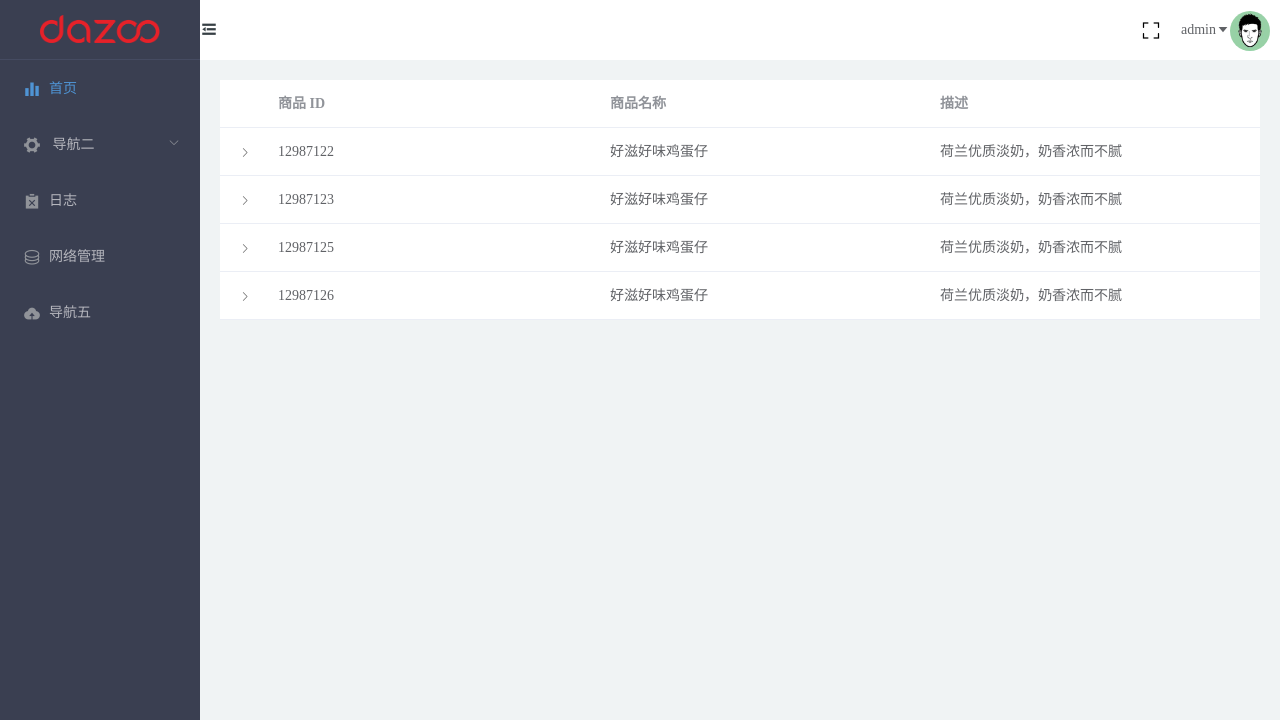
Repository: TomGodb/dazoo-admin
Page: /#/Home
An editor plug-in stored every save of this project. The page is shown before and after the next save, followed by the edit.
The browser window is 1280 px wide. The pictures show the whole page.
The project was rebuilt for these pictures with package versions that can differ from the ones it lists, and the page was loaded fresh each time. Also part of the build but not shown: vue.config.js, src/components/SlideVerify/index.vue, src/utils/request.js, src/views/login/http.js, src/views/login/index.vue.

Above is the page before, as saved 2021-01-23 11:22:51.

### public/index.html
<!DOCTYPE html>
<html lang="">
  <head>
    <meta charset="utf-8">
    <meta http-equiv="X-UA-Compatible" content="IE=edge">
    <meta name="viewport" content="width=device-width,initial-scale=1.0">
    <link rel="icon" href="<%= BASE_URL %>favicon.ico">
    <title>运维管理后台</title>
  </head>
  <body>
    <noscript>
      <strong>We're sorry but <%= htmlWebpackPlugin.options.title %> doesn't work properly without JavaScript enabled. Please enable it to continue.</strong>
    </noscript>
    <div id="app"></div>
    <!-- built files will be auto injected -->
  </body>
</html>

### src/main.js
import Vue from "vue";
import App from "./App.vue";
import router from "./router";
import store from "./store";
import ElementUI from 'element-ui';
import 'element-ui/lib/theme-chalk/index.css';
Vue.config.productionTip = false;
Vue.use(ElementUI);
new Vue({
  router,
  store,
  render: h => h(App)
}).$mount("#app");

### src/App.vue
<template>
  <div id="app">
    <!-- <div id="nav">
      <router-link to="/">Home</router-link> |
      <router-link to="/about">About</router-link>
    </div> -->
    <router-view />
  </div>
</template>

<style lang="less">
* {
  padding: 0;
  margin: 0;
}
body,
html {
  height: 100%;
}
#app {
  font-family: "\5FAE\8F6F\96C5\9ED1";
  height: 100%;
}

// #nav {
//   padding: 30px;
//   a {
//     font-weight: bold;
//     color: #2c3e50;
//     &.router-link-exact-active {
//       color: #42b983;
//     }
//   }
// }
</style>

### src/router/index.js
import Vue from "vue";
import VueRouter from "vue-router";

import login from "@v/login/index.vue";
import Home from "@/Home/index.vue";
Vue.use(VueRouter);
import module from './modole'

export const currencyRoutes = [{
    path: "/",
    name: "login",
    component: login,
  },
  {
    path: "/Home",
    name: "Home",
    component: Home,
    redirect: "/dashbord",
    children: module,

  },
];
const router = new VueRouter({
  mode: "hash",
  base: process.env.BASE_URL,
  routes: currencyRoutes
});

export default router;

### src/store/index.js
import Vue from "vue";
import Vuex from "vuex";
import getters from "./getters"

Vue.use(Vuex);
export default new Vuex.Store({
  state: {
    opened: false
  },
  mutations: {
    SET_OPENED(state) {
      state.opened = !state.opened;
    },
  },
  actions: {},
  modules: {},
  getters
});

### src/Home/index.vue
<template>
  <div class="home-container">
    <el-container>
      <el-header> <m-header></m-header></el-header>
      <el-container>
        <el-aside :width="opened ? '64px' : '200px'">
          <el-menu
            :default-active="activeMenu"
            class="el-menu-vertical-demo"
            background-color="#3a3f51"
            text-color="#b5b6bd"
            active-text-color="rgb(79, 148, 212)"
            mode="vertical"
            :collapse-transition="false"
            router
            :collapse="opened"
          >
            <NavMenu :navMenus="menuData"></NavMenu>
          </el-menu>
        </el-aside>
        <el-main>
          <transition name="fade-page" mode="out-in">
            <router-view></router-view> </transition
        ></el-main>
      </el-container>
    </el-container>
    <!-- <el-container>
      <el-aside :width="opened ? '64px' : '200px'">
        <el-menu
          :default-active="activeMenu"
          class="el-menu-vertical-demo"
          background-color="#3a3f51"
          text-color="#b5b6bd"
          active-text-color="rgb(79, 148, 212)"
          mode="vertical"
          :collapse-transition="false"
          router
          :collapse="opened"
        >
          <NavMenu :navMenus="menuData"></NavMenu>
        </el-menu>
      </el-aside>
      <el-container>
        <el-header>
          <m-header></m-header>

        </el-header>
        <el-main>
          <transition name="fade-page" mode="out-in">
            <router-view></router-view>
          </transition>
        </el-main>
      </el-container>
    </el-container> -->
  </div>
</template>

<script>
import NavMenu from "./NavMenu";
import { mapGetters } from "vuex";
import MHeader from "./Header";
import { menuData } from "./NavMenu/meunDataRouter";
export default {
  components: {
    NavMenu,
    MHeader,
  },
  data() {
    return {
      menuData,
    };
  },
  computed: {
    activeMenu() {
      return this.$route.path;
    },
    ...mapGetters(["opened"]),
  },
};
</script>

<style lang="less" scoped>
.home-container {
  height: 100%;
  .el-aside {
    transition: width 0.3s;
    overflow: hidden;
    background-color: rgb(58, 63, 81);
  }
  .el-menu {
    border-right: 0px !important;
  }
  .fade-page-enter-active,
  .fade-page-leave-active {
    transition: all 0.5s;
  }
  .fade-page-enter {
    opacity: 0;
    transform: translateX(-30px);
  }
  .fade-page-leave-to {
    opacity: 0;
    transform: translateX(-30px);
  }
}
.el-container {
  // height:calc(100% - 60px);
  height: 100%;
}
.el-main {
  background-color: #f0f3f4;
}
</style>
<style>
.el-menu--collapse .el-submenu__title span {
  display: none;
}
/*隐藏 > */
.el-menu--collapse .el-submenu__title .el-submenu__icon-arrow {
  display: none;
}
.el-header{
  padding: 0px  !important;
}
</style>

### src/router/modole/index.js
import aaa from './aaa'
let routesArray = []

let toArray = (pages) => {
  Object.keys(pages).forEach((key) => {
    let obj = pages[key]
    Object.keys(obj).forEach((key) => {
      routesArray.push(obj[key])
    })
  })
}
toArray([aaa])

export default routesArray

### src/store/getters.js

const getters ={
    opened(state){
        return state.opened
    }
}
export default getters;

### src/Home/NavMenu/index.vue
<template>
  <div class="navMenu">

    <template v-for="navMenu in navMenus">
      <!-- 最后一级菜单 -->
      <el-menu-item
        v-if="!navMenu.children && navMenu"
        :key="navMenu.id"
        :data="navMenu"
        :index="navMenu.path"
      >
        <i :class="navMenu.meta.icon"></i>
        <span slot="title">{{ navMenu.meta.title }}</span>
      </el-menu-item>
      <!-- 此菜单下还有子菜单 -->
      <el-submenu
        v-if="navMenu.children && navMenu"
        :key="navMenu.id"
        :data="navMenu"
        :index="navMenu.path"
      >
        <template slot="title">
          <i :class="navMenu.meta.icon"></i>
          <span> {{ navMenu.meta.title }}</span>
        </template>
        <!-- 递归 -->
        <NavMenu :navMenus="navMenu.children"></NavMenu>
      </el-submenu>
    </template>
  </div>
</template>

<script>
import { mapGetters } from "vuex";
export default {
  computed: {
    ...mapGetters(["opened"]),
  },
  name: "NavMenu",
  props: ["navMenus"],
  data() {
    return {};
  },
  methods: {},
};
</script>
<style lang="less" scoped>

</style>

### src/Home/Header/index.vue
<template>
  <div class="sideCollapse">
    <header-l></header-l>
    <div class="sideCollapse-left" id="domColapse">
      <i
        :class="{ 'el-icon-s-unfold': opened, 'el-icon-s-fold': !opened }"
        @click="toggleOpen()"
      ></i>
    </div>
    <div class="sideCollapse-right">
      <user-dropdown></user-dropdown>
    </div>
  </div>
</template>

<script>
import { mapGetters } from "vuex";
import UserDropdown from "./UserDropdown";
import headerL from "./logo";
export default {
  components: {
    UserDropdown,
    headerL,
  },
  computed: {
    ...mapGetters(["opened"]),
  },
  methods: {
    toggleOpen() {
      this.$store.commit("SET_OPENED");
    },
  },
};
</script>
<style lang="less" scoped>
.sideCollapse-left {
  float: left;
  font-size: 18px;
  color: #363f44;
  cursor: pointer;
}
.sideCollapse {
  background-color: white;
  line-height: 60px;
  height: 100%;
}
.sideCollapse-right {
  float: right;
}
.header_l {
  transition: width 0.3s;
  float: left;
  background-color: #3a3f51;
  border-bottom: 1px solid #454b61;
  width: 200px;
  height: 59px;
  text-align: center;
  font-size: 15px;
  font-weight: 700;
  img {
    height: 28px;
    vertical-align: middle;
    position: relative;
    top: -3px;
  }
}
</style>

### src/Home/NavMenu/meunDataRouter.js
const menuData = [{
        id: 1,
        meta: {
            title: "首页",
            icon: "el-icon-s-data"
        },
        path: "/dashbord",
    },
    {
        id: 2,
        meta: {
            title: "导航二",
            icon: "el-icon-s-tools"
        },
        path: "/dashbord/aaa",

        children: [{

            path: "/dashbord/aaa",
            meta: {
                title: "导航2-1",
                icon: "el-icon-s-tools"
            },
        }]
    },
    {
        id: 3,
        meta: {
            title: "日志",
            icon: "el-icon-s-release"
        },
        path: "/",
    },
    {
        id: 4,
        meta: {
            title: "网络管理",
            icon: "el-icon-coin"
        },
        path: "/",
    },
    {
        id: 5,
        meta: {
            title: "导航五",
            icon: "el-icon-upload"
        },
        path: "/",
    },
]

export {
    menuData
}

### src/router/modole/aaa.js
export default [{
        path: "/dashbord",
        name: "Dashbord",
        component: () => import("@v/dashbord"),
        meta: {
            title: "首页",
            icon: "el-icon-s-data"
        }
    },
    {
        path: "/dashbord/aaa",
        name: "aaa",
        component: () => import("@v/aaa"),
        meta: {
            title: "aaa",
            icon: "el-icon-s-data"
        }
    },
]

### src/Home/Header/UserDropdown.vue
<template>
  <div>
    <div class="hoverBag" @click="toggleFull">
      <i class="el-icon-full-screen iconFont"></i>
    </div>
    <el-dropdown class="userDd hoverBag" @command="handleCommand">
      <div class="userDrop">
        <span class="userDrop_text">
          admin<i class="el-icon-caret-bottom"></i
        ></span>
        <img src="@a/ImgSrc/header_images/user01.jpg" alt="user" />
      </div>
      <el-dropdown-menu solt="dropdown">
        <el-dropdown-item
          v-for="(item, index) in dropdownList"
          :key="index"
          :command="index"
        >
          <i :class="item.icon"></i>{{ item.title }}
        </el-dropdown-item>
        <!-- <el-dropdown-item>
          <i class=""></i>
        </el-dropdown-item>
        <el-dropdown-item divided>
          <i class=""></i>
        </el-dropdown-item> -->
      </el-dropdown-menu>
    </el-dropdown>
  </div>
</template>
<script>
import screenfull from "screenfull";
export default {
  data() {
    return {
      dropdownList: [
        {
          icon: "el-icon-s-home",
          title: "首页",
          path: "/Home",
        },
        {
          icon: "el-icon-s-custom",
          title: "个人信息",
          path: "/dashbord/aaa",
        },
        {
          icon: "el-icon-switch-button",
          title: "登出",
          path: "/",
        },
      ],
    };
  },
  methods: {
    handleCommand(index) {
      this.$router.push(this.dropdownList[index].path);
    },
    toggleFull() {
      screenfull.toggle();
    },
  },
};
</script>
<style lang="less" scoped>
.iconFont {
  font-size: 20px;
  vertical-align: middle;
}
.userDrop img {
  vertical-align: middle;
  display: inline-block;
  width: 40px;
  height: 40px;
  border-radius: 50%;
  vertical-align: middle;
}

.hoverBag {
  cursor: pointer;
  height: 100%;
  padding: 0px 10px;
  float: left;
}
.hoverBag:hover {
  background: #f0f3f4;
}
</style>

### src/Home/Header/logo.vue
<template>
  <div>
    <div class="header_l" :style="{ width: opened ? '64px' : '200px' }">
      <img
        :src="
          require(opened
            ? '@a/ImgSrc/Home-logo/dazoo-logo.png'
            : '@a/ImgSrc/Home-logo/logo.jpg')
        "
        alt="logo"
        title="logo"
      />
    </div>
  </div>
</template>
<script>
import { mapGetters } from "vuex";
export default {
  computed: {
    ...mapGetters(["opened"]),
  },
};
</script>
<style lang="less" scoped>
.header_l {
  transition: width 0.3s;
  float: left;
  background-color: #3a3f51;
  border-bottom: 1px solid #454b61;
  width: 200px;
  height: 59px;
  text-align: center;
  font-size: 15px;
  font-weight: 700;
  img {
    height: 28px;
    vertical-align: middle;
    position: relative;
    top: -3px;
  }
}
</style>

### src/views/dashbord/index.vue
<template>
  <div>
    <el-table :data="tableData" style="width: 100%">
      <el-table-column type="expand">
        <template slot-scope="props">
          <el-form label-position="left" inline class="demo-table-expand">
            <el-form-item label="商品名称">
              <span>{{ props.row.name }}</span>
            </el-form-item>
            <el-form-item label="所属店铺">
              <span>{{ props.row.shop }}</span>
            </el-form-item>
            <el-form-item label="商品 ID">
              <span>{{ props.row.id }}</span>
            </el-form-item>
            <el-form-item label="店铺 ID">
              <span>{{ props.row.shopId }}</span>
            </el-form-item>
            <el-form-item label="商品分类">
              <span>{{ props.row.category }}</span>
            </el-form-item>
            <el-form-item label="店铺地址">
              <span>{{ props.row.address }}</span>
            </el-form-item>
            <el-form-item label="商品描述">
              <span>{{ props.row.desc }}</span>
            </el-form-item>
          </el-form>
        </template>
      </el-table-column>
      <el-table-column label="商品 ID" prop="id"> </el-table-column>
      <el-table-column label="商品名称" prop="name"> </el-table-column>
      <el-table-column label="描述" prop="desc"> </el-table-column>
    </el-table>
  </div>
</template>
<script>
export default {
  data() {
    return {
      tableData: [
        {
          id: "12987122",
          name: "好滋好味鸡蛋仔",
          category: "江浙小吃、小吃零食",
          desc: "荷兰优质淡奶，奶香浓而不腻",
          address: "上海市普陀区真北路",
          shop: "王小虎夫妻店",
          shopId: "10333",
        },
        {
          id: "12987123",
          name: "好滋好味鸡蛋仔",
          category: "江浙小吃、小吃零食",
          desc: "荷兰优质淡奶，奶香浓而不腻",
          address: "上海市普陀区真北路",
          shop: "王小虎夫妻店",
          shopId: "10333",
        },
        {
          id: "12987125",
          name: "好滋好味鸡蛋仔",
          category: "江浙小吃、小吃零食",
          desc: "荷兰优质淡奶，奶香浓而不腻",
          address: "上海市普陀区真北路",
          shop: "王小虎夫妻店",
          shopId: "10333",
        },
        {
          id: "12987126",
          name: "好滋好味鸡蛋仔",
          category: "江浙小吃、小吃零食",
          desc: "荷兰优质淡奶，奶香浓而不腻",
          address: "上海市普陀区真北路",
          shop: "王小虎夫妻店",
          shopId: "10333",
        },
      ],
    };
  },
};
</script>
<style lang="less" scoped></style>
<style>
.demo-table-expand {
  font-size: 0;
}
.demo-table-expand label {
  width: 90px;
  color: #99a9bf;
}
.demo-table-expand .el-form-item {
  margin-right: 0;
  margin-bottom: 0;
  width: 50%;
}
</style>

After the next save:
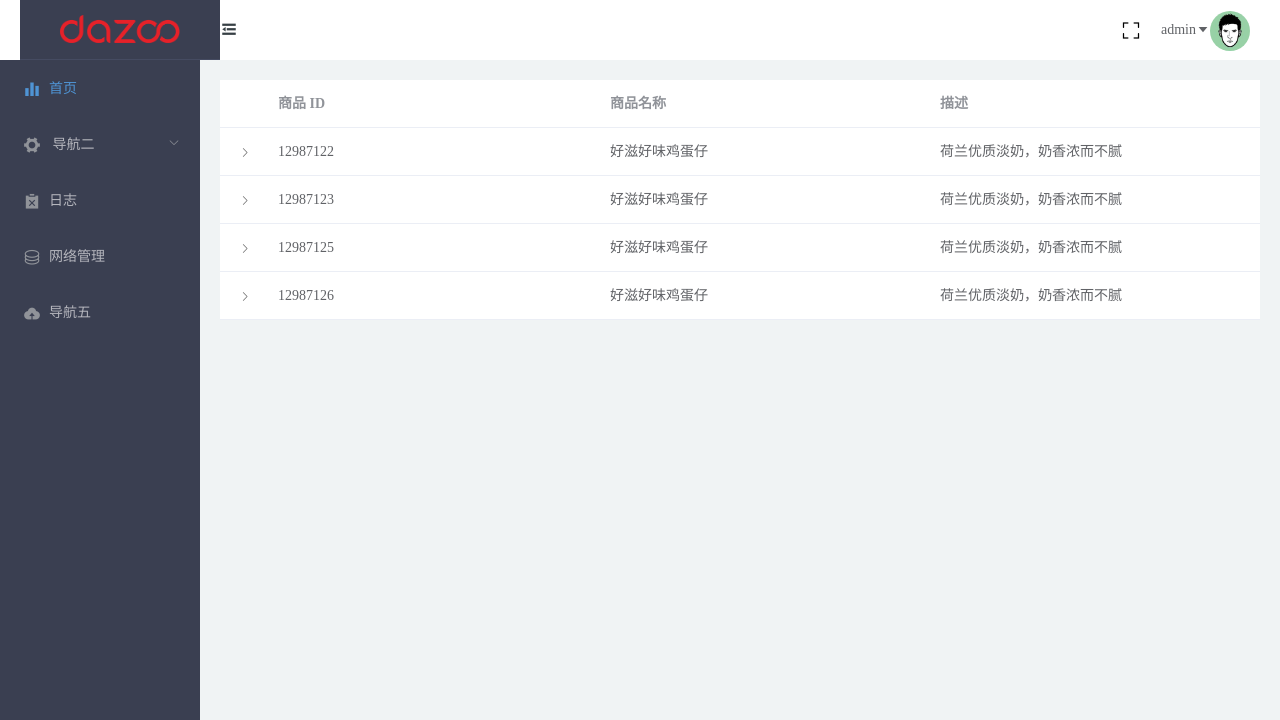
Saved 94 s later.
--- a/src/Home/index.vue
+++ b/src/Home/index.vue
@@ -111,15 +111,3 @@ export default {
   background-color: #f0f3f4;
 }
 </style>
-<style>
-.el-menu--collapse .el-submenu__title span {
-  display: none;
-}
-/*隐藏 > */
-.el-menu--collapse .el-submenu__title .el-submenu__icon-arrow {
-  display: none;
-}
-.el-header{
-  padding: 0px  !important;
-}
-</style>
